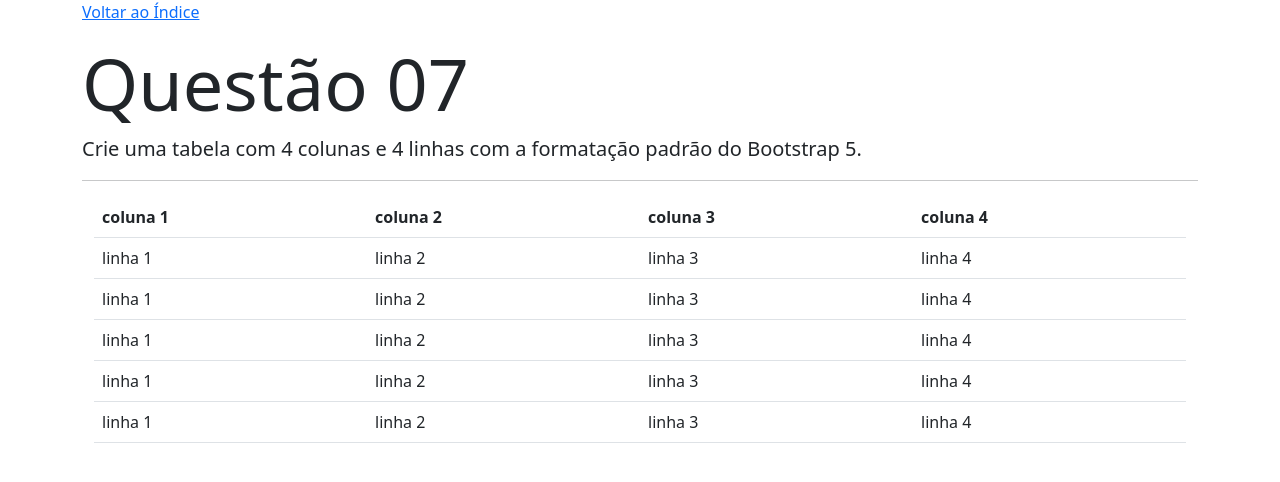
Repository: In-Game-full/Reprograme-se
Page: S-6-InicioBootstrap5/Atividade-pratica-da-semana-1-de-Bootstrap-5-In-Game-full/questao07.html
These files come from the project's save history. The page is drawn as it stood at one moment and after the next save; the edit follows.
The browser window is 1280 px wide. The pictures show the whole page.

Above is the page before, as saved 2023-08-28 21:55:25.

### S-6-InicioBootstrap5/Atividade-pratica-da-semana-1-de-Bootstrap-5-In-Game-full/questao07.html
<!DOCTYPE html>
<html lang="pt-br">

<head>
    <meta charset="UTF-8">
    <meta http-equiv="X-UA-Compatible" content="IE=edge">
    <meta name="viewport" content="width=device-width, initial-scale=1.0">
    <link href="https://cdn.jsdelivr.net/npm/bootstrap@5.2.2/dist/css/bootstrap.min.css" rel="stylesheet">
    <script src="https://cdn.jsdelivr.net/npm/bootstrap@5.2.2/dist/js/bootstrap.bundle.min.js"></script>
    <link rel="stylesheet" href="estilos.css">
    <title>Questão 07</title>
</head>

<body>
    <div class="container">
        <p><a href="index.html">Voltar ao Índice</a></p>
        <h1 class="display-2">Questão 07</h1>
        <p class="lead">Crie uma tabela com 4 colunas e 4 linhas com a formatação padrão do Bootstrap 5.</p>
        <hr>
        <!-- Valor: 1 ponto -->
        <!-- FAZER AQUI -->
        <div class="container">
        <table class="table">
                <thead>
                    <tr>
                        <th>coluna 1</th>
                        <th>coluna 2</th>
                        <th>coluna 3</th>
                        <th>coluna 4</th>
                    </tr>
                </thead>
                <tbody>
                    <tr>
                        <td>linha 1</td>
                        <td>linha 2</td>
                        <td>linha 3</td>
                        <td>linha 4</td>
                    </tr>
                    <tr>
                        <td>linha 1</td>
                        <td>linha 2</td>
                        <td>linha 3</td>
                        <td>linha 4</td>
                    </tr>
                    <tr>
                        <td>linha 1</td>
                        <td>linha 2</td>
                        <td>linha 3</td>
                        <td>linha 4</td>
                    </tr>
                    <tr>
                        <td>linha 1</td>
                        <td>linha 2</td>
                        <td>linha 3</td>
                        <td>linha 4</td>
                    </tr>
                    <tr>
                        <td>linha 1</td>
                        <td>linha 2</td>
                        <td>linha 3</td>
                        <td>linha 4</td>
                    </tr>
                </tbody>
            </table>
        </div>
    </div>
</body>

</html>

### S-6-InicioBootstrap5/Atividade-pratica-da-semana-1-de-Bootstrap-5-In-Game-full/estilos.css
div {
    height: 120px;

}

After the next save:
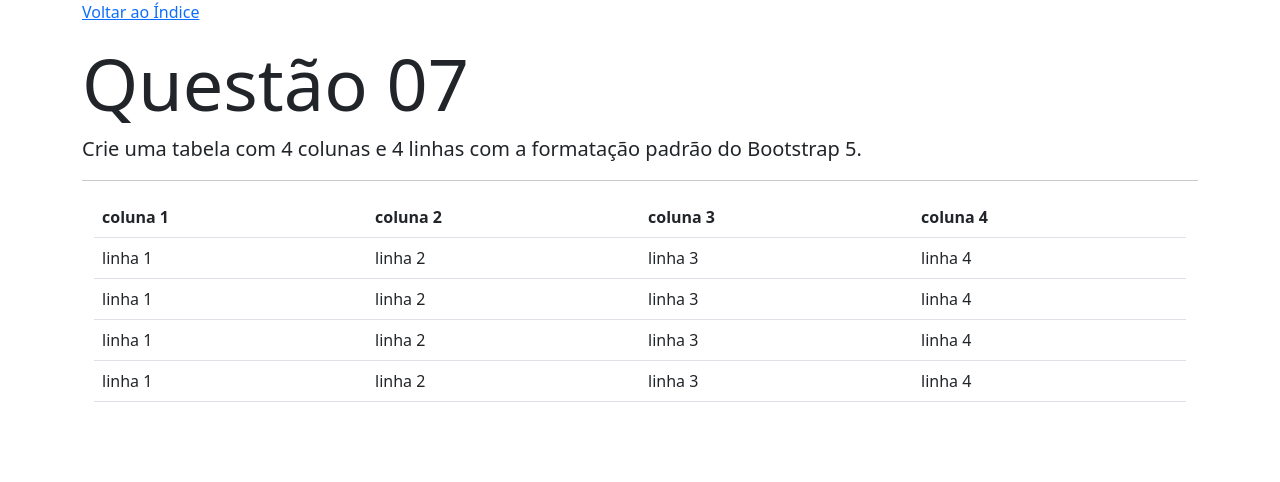
Saved 56 s later.
--- a/S-6-InicioBootstrap5/Atividade-pratica-da-semana-1-de-Bootstrap-5-In-Game-full/questao07.html
+++ b/S-6-InicioBootstrap5/Atividade-pratica-da-semana-1-de-Bootstrap-5-In-Game-full/questao07.html
@@ -54,12 +54,7 @@
                         <td>linha 3</td>
                         <td>linha 4</td>
                     </tr>
-                    <tr>
-                        <td>linha 1</td>
-                        <td>linha 2</td>
-                        <td>linha 3</td>
-                        <td>linha 4</td>
-                    </tr>
+
                 </tbody>
             </table>
         </div>
